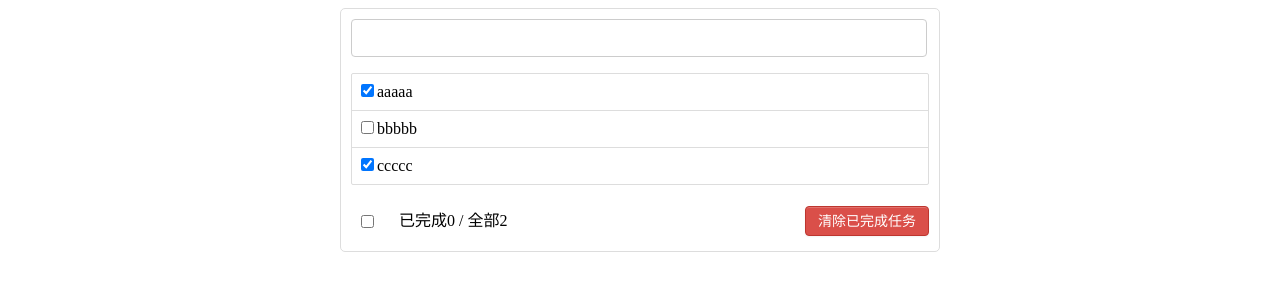
Repository: 319226862/wyy
Page: / (app in vue_test/)
An editor plug-in stored every save of this project. The page is shown before and after the next save, followed by the edit.
The browser window is 1280 px wide. The pictures show the whole page.
The project was rebuilt for these pictures with package versions that can differ from the ones it lists, and the page was loaded fresh each time. Also part of the build but not shown: vue_test/vue.config.js.

Above is the page before, as saved 2023-06-20 15:57:20.

### vue_test/public/index.html
<!DOCTYPE html>
<html lang="">
  <head>
    <meta charset="utf-8">
    <!-- 针对IE游览器的一个特殊配置，让IE游览器以最高级别的渲染页面 -->
    <meta http-equiv="X-UA-Compatible" content="IE=edge">
    <meta name="viewport" content="width=device-width,initial-scale=1.0">
    <link rel="icon" href="<%= BASE_URL %>favicon.ico">
    <title><%= htmlWebpackPlugin.options.title %></title>
  </head>
  <body>
    <noscript>
      <strong>We're sorry but <%= htmlWebpackPlugin.options.title %> doesn't work properly without JavaScript enabled. Please enable it to continue.</strong>
    </noscript>
    <div id="app"></div>
    <!-- built files will be auto injected -->
  </body>
</html>

### vue_test/src/main.js
// 引入vue
import Vue from 'vue'
// 引入App组件，他所有组件的父组件
import App from './App.vue'

// 关闭vue生产提示
Vue.config.productionTip = false

// 创建vue实例对象--vm
new Vue({
  render: h => h(App),
}).$mount('#app')

### vue_test/src/App.vue
<template>
  <div id="root">
    <div class="todo-container">
      <div class="todo-wrap">
        <MyHeader :receive="receive"/>
        <MyList />
        <MyFooter />
      </div>
    </div>
  </div>
</template>

<script>
import MyHeader from './components/MyHeader.vue'
import MyFooter from './components/MyFooter.vue'
import MyList from './components/MyList.vue'
export default {
  name:'App',
  data(){
    return{
      todos:[
        {id:'001',title:'aaaaa',done:true},
        {id:'002',title:'bbbbb',done:false},
        {id:'003',title:'ccccc',done:true}
      ]
    }
  },
  components:{
    MyHeader,
    MyList,
    MyFooter
  },
  methods: {
    receive(x) {
      console.log("接收数据",x)
    }
  }
}
</script>
<style>
/*base*/
body {
  background: #fff;
}

.btn {
  display: inline-block;
  padding: 4px 12px;
  margin-bottom: 0;
  font-size: 14px;
  line-height: 20px;
  text-align: center;
  vertical-align: middle;
  cursor: pointer;
  box-shadow: inset 0 1px 0 rgba(255, 255, 255, 0.2), 0 1px 2px rgba(0, 0, 0, 0.05);
  border-radius: 4px;
}

.btn-danger {
  color: #fff;
  background-color: #da4f49;
  border: 1px solid #bd362f;
}

.btn-danger:hover {
  color: #fff;
  background-color: #bd362f;
}

.btn:focus {
  outline: none;
}

.todo-container {
  width: 600px;
  margin: 0 auto;
}
.todo-container .todo-wrap {
  padding: 10px;
  border: 1px solid #ddd;
  border-radius: 5px;
}






</style>

### vue_test/src/components/MyHeader.vue
<template>
  <div class="todo-header">
    <input type="text" @keyup.enter="add" v-model="title" />
  </div>
</template>

<script>
import { nanoid } from "nanoid";

export default {
  name: "MyHeader",
  data() {
    return {
      title: ""
    };
  },
  props: ['receive'],
  methods: {
    // 获取input的值
    add(event) {
      console.log(event.target.value);
      console.log(this.title);
      // 将输入包装成todolist的格式
      const a = {
        id: nanoid(),
        title: this.title,
        done: false
      };
      console.log(a)
      this.receive(a)
    }
  }
};
</script>

<style scoped>
/*header*/
.todo-header input {
  width: 560px;
  height: 28px;
  font-size: 14px;
  border: 1px solid #ccc;
  border-radius: 4px;
  padding: 4px 7px;
}

.todo-header input:focus {
  outline: none;
  border-color: rgba(82, 168, 236, 0.8);
  box-shadow: inset 0 1px 1px rgba(0, 0, 0, 0.075),
    0 0 8px rgba(82, 168, 236, 0.6);
}
</style>

### vue_test/src/components/MyFooter.vue
<template>
  <div class="todo-footer">
    <label>
      <input type="checkbox"/>
    </label>
    <span>
      <span>已完成0</span> / 全部2
    </span>
    <button class="btn btn-danger">清除已完成任务</button>
  </div>
</template>

<script>
export default {
    name:'MyFooter'
}
</script>

<style scoped>
/*footer*/
.todo-footer {
  height: 40px;
  line-height: 40px;
  padding-left: 6px;
  margin-top: 5px;
}

.todo-footer label {
  display: inline-block;
  margin-right: 20px;
  cursor: pointer;
}

.todo-footer label input {
  position: relative;
  top: -1px;
  vertical-align: middle;
  margin-right: 5px;
}

.todo-footer button {
  float: right;
  margin-top: 5px;
}
</style>

### vue_test/src/components/MyList.vue
<template>
  <ul class="todo-main">
    <MyItem v-for="todo in todos" :key="todo.id" :todo="todo"/>
  </ul>
</template>

<script>
import MyItem from './MyItem.vue'
export default {
    name:'MyList',
    components:{
      MyItem
    },
    data(){
      return{
        todos:[
          {id:'001',title:'aaaaa',done:true},
          {id:'002',title:'bbbbb',done:false},
          {id:'003',title:'ccccc',done:true}
        ]
      }
    }
}
</script>

<style scoped>
/*main*/
.todo-main {
  margin-left: 0px;
  border: 1px solid #ddd;
  border-radius: 2px;
  padding: 0px;
}

.todo-empty {
  height: 40px;
  line-height: 40px;
  border: 1px solid #ddd;
  border-radius: 2px;
  padding-left: 5px;
  margin-top: 10px;
}
</style>

### vue_test/src/components/MyItem.vue
<template>
  <li>
    <label>
      <input type="checkbox" :checked="todo.done"/>
      <span>{{ todo.title }}</span>
    </label>
    <button class="btn btn-danger" style="display:none">删除</button>
  </li>
</template>

<script>
export default {
    name:'MyItem',
    // 声明接收对象
    props:['todo'],
    mounted(){
      // console.log(this.todo)
    }
}
</script>

<style scoped>

/*item*/
li {
  list-style: none;
  height: 36px;
  line-height: 36px;
  padding: 0 5px;
  border-bottom: 1px solid #ddd;
}

li label {
  float: left;
  cursor: pointer;
}

li label li input {
  vertical-align: middle;
  margin-right: 6px;
  position: relative;
  top: -1px;
}

li button {
  float: right;
  display: none;
  margin-top: 3px;
}

li:before {
  content: initial;
}

li:last-child {
  border-bottom: none;
}
</style>

After the next save:
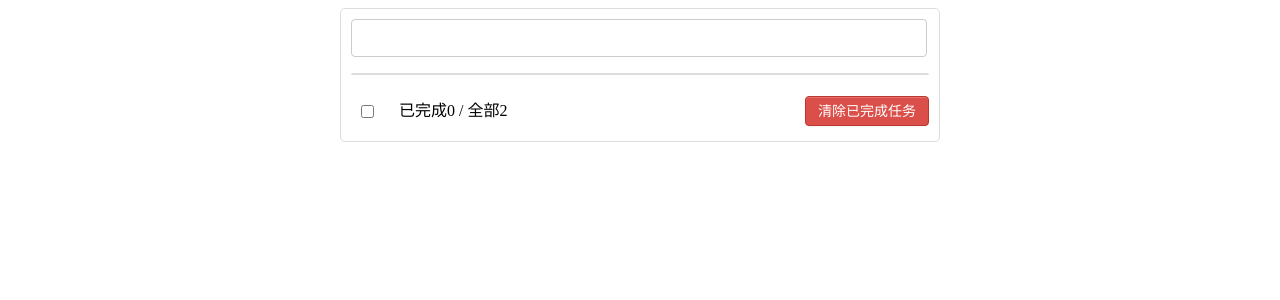
Saved 32 s later.
--- a/vue_test/src/components/MyList.vue
+++ b/vue_test/src/components/MyList.vue
@@ -11,15 +11,7 @@ export default {
     components:{
       MyItem
     },
-    data(){
-      return{
-        todos:[
-          {id:'001',title:'aaaaa',done:true},
-          {id:'002',title:'bbbbb',done:false},
-          {id:'003',title:'ccccc',done:true}
-        ]
-      }
-    }
+    props:['todo']
 }
 </script>
 
